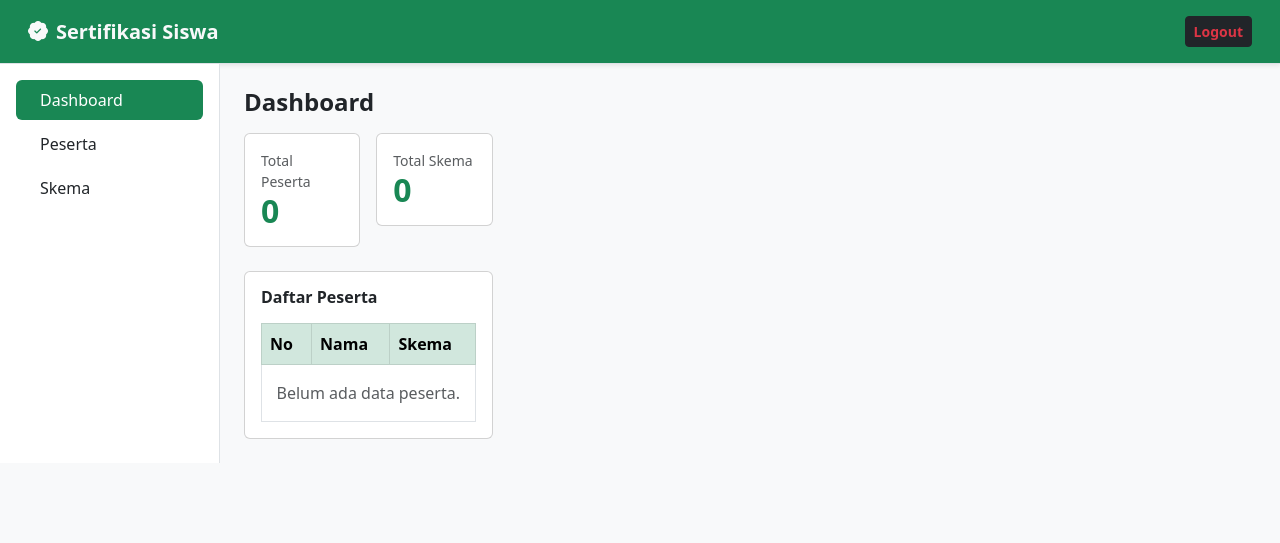
Repository: Zaki-Blip/USK_Project
Page: http://localhost/dashboard
These files come from the project's save history. The page is drawn as it stood at one moment and after the next save; the edit follows.
The browser window is 1280 px wide. The pictures show the whole page.
The page is served by the project's Laravel application, run on PHP 8.4 with Laravel 12. A made-up administrator, Test User (test@example.com), is signed in. Other server files are loaded and not shown. Queries for data that is not in the repository find no rows.

Above is the page before, as saved 2026-10-13 22:42:38.

### routes/web.php
<?php

use Illuminate\Support\Facades\Route;
use App\Http\Controllers\AuthController;
use App\Http\Controllers\DashboardController;
use App\Http\Controllers\PesertaController;
use App\Http\Controllers\SkemaController;

// Halaman Awal (publik)
Route::view('/', 'halamanAwal')->name('halamanAwal');

// Area Guest (belum login)
Route::middleware('guest')->group(function () {
    Route::get('/login', [AuthController::class, 'showLogin'])->name('login');
    Route::post('/login', [AuthController::class, 'login']);

    Route::get('/register', [AuthController::class, 'showRegister'])->name('register');
    Route::post('/register', [AuthController::class, 'register']);
});

// Area Terproteksi (sudah login)
Route::middleware('auth')->group(function () {
    Route::post('/logout', [AuthController::class, 'logout'])->name('logout');
    Route::get('/dashboard', [DashboardController::class, 'index'])->name('dashboard');

    // Khusus admin
    Route::middleware('role:admin')->group(function () {
        Route::resource('peserta', PesertaController::class)
            ->parameters(['peserta' => 'peserta'])
            ->only(['destroy']);

        Route::resource('skema', SkemaController::class);
    });

    // Admin & user (pembatasan data dilakukan di controller)
    Route::resource('peserta', PesertaController::class)
        ->parameters(['peserta' => 'peserta'])
        ->only(['index', 'show', 'create', 'store', 'edit', 'update']);
});

### app/Models/User.php
<?php

namespace App\Models;

// use Illuminate\Contracts\Auth\MustVerifyEmail;
use App\Models\Peserta;
//use Database\Factories\UserFactory;
use Illuminate\Database\Eloquent\Attributes\Fillable;
use Illuminate\Database\Eloquent\Attributes\Hidden;
use Illuminate\Database\Eloquent\Factories\HasFactory;
use Illuminate\Foundation\Auth\User as Authenticatable;
use Illuminate\Notifications\Notifiable;

#[Fillable(['name', 'email', 'password','role'])]
#[Hidden(['password', 'remember_token'])]
class User extends Authenticatable
{
    /** @use HasFactory<UserFactory> */
    use HasFactory, Notifiable;

    /**
     * Get the attributes that should be cast.
     *
     * @return array<string, string>
     */
    protected function casts(): array
    {
        return [
            'email_verified_at' => 'datetime',
            'password' => 'hashed',
        ];
    }
    public function isAdmin(): bool
{
    return $this->role === 'admin';
}
    public function peserta()
{
    return $this->hasOne(Peserta::class);
}
}

### app/Http/Controllers/DashboardController.php
<?php

namespace App\Http\Controllers;

use App\Models\Peserta;
use App\Models\Skema;
use Illuminate\Http\Request;

class DashboardController extends Controller
{
    public function index(Request $request)
    {
        $user = $request->user();

        if ($user->role === 'admin') {
            $totalPeserta = Peserta::count();
            $totalSkema   = Skema::count();
            $pesertas     = Peserta::with('skema')->orderBy('skema_id')->orderBy('nama')->get();

            return view('admin.dashboard', compact('totalPeserta', 'totalSkema', 'pesertas'));
        }

        $peserta = $user->peserta()->with('skema')->first();

        return view('user.dashboard', compact('peserta'));
    }
}

### app/Models/Peserta.php
<?php

namespace App\Models;

use Illuminate\Database\Eloquent\Model;

class Peserta extends Model
{
    protected $table = 'pesertas';

    protected $fillable = [
        'user_id','nik', 'nama', 'email', 'no_hp', 'alamat', 'skema_id', 'tanggal_daftar'
    ];

    public function skema()
    {
        return $this->belongsTo(Skema::class, 'skema_id');
    }
    public function user()
{
    return $this->belongsTo(User::class);
}

}

### app/Models/Skema.php
<?php

namespace App\Models;

use Illuminate\Database\Eloquent\Model;

class Skema extends Model
{
    protected $table = 'skemas'; // ← tambahkan

    protected $fillable = ['kode_skema', 'nama_skema', 'deskripsi'];

    public function pesertas()
    {
        return $this->hasMany(Peserta::class, 'skema_id');
    }
}

### resources/views/admin/dashboard.blade.php
@extends('layouts.app')
@section('title', 'Dashboard')
@section('content')

<h4 class="fw-bold mb-3">Dashboard</h4>

<div class="row g-3 mb-4">
    <div class="col-md-6">
        <div class="card p-3">
            <small class="text-muted">Total Peserta</small>
            <h2 class="text-success fw-bold mb-0">{{ $totalPeserta }}</h2>
        </div>
    </div>
    <div class="col-md-6">
        <div class="card p-3">
            <small class="text-muted">Total Skema</small>
            <h2 class="text-success fw-bold mb-0">{{ $totalSkema }}</h2>
        </div>
    </div>
</div>

<div class="card p-3">
    <h6 class="fw-bold mb-3">Daftar Peserta</h6>
    <table class="table table-bordered table-hover mb-0">
        <thead class="table-success">
            <tr>
                <th width="50">No</th>
                <th>Nama</th>
                <th>Skema</th>
            </tr>
        </thead>
        <tbody>
            @forelse($pesertas as $i => $p)
                <tr>
                    <td>{{ $i + 1 }}</td>
                    <td>{{ $p->nama }}</td>
                    <td>{{ $p->skema?->nama_skema ?? '-' }}</td>
                </tr>
            @empty
                <tr>
                    <td colspan="4" class="text-center text-muted py-3">Belum ada data peserta.</td>
                </tr>
            @endforelse
        </tbody>
    </table>
</div>

@endsection

### resources/views/layouts/app.blade.php
<!DOCTYPE html>
<html lang="id">
<head>
    <meta charset="UTF-8">
    <meta name="viewport" content="width=device-width, initial-scale=1">
    <title>@yield('title', 'Web Sertifikasi')</title>
    <link href="https://cdn.jsdelivr.net/npm/bootstrap@5.3.0/dist/css/bootstrap.min.css" rel="stylesheet">
    <link href="https://cdn.jsdelivr.net/npm/bootstrap-icons@1.11.0/font/bootstrap-icons.css" rel="stylesheet">
</head>
<body class="bg-light min-vh-100">

    {{-- Topbar --}}
    <div class="border-bottom bg-success p-3 shadow-sm">
        <div class="container-fluid d-flex justify-content-between align-items-center">
            <span class="fw-bold text-light fs-5">
                <i class="bi bi-patch-check-fill me-2"></i>Sertifikasi Siswa
            </span>
            <form method="POST" action="{{ route('logout') }}">
                @csrf
                <button class="btn btn-sm btn-dark fw-bold text-danger">Logout</button>
            </form>
        </div>
    </div>

    <div class="d-flex flex-column flex-md-row">

        {{-- Sidebar --}}
        <aside class="bg-white border-end p-3" style="min-width: 220px;">
            <nav class="nav nav-pills flex-column gap-1">

                <a href="{{ route('dashboard') }}"
                   class="nav-link {{ request()->routeIs('dashboard') ? 'active bg-success' : 'text-dark' }}">
                    <i class="bi me-2"></i>Dashboard
                </a>
                @if(auth()->user()->isAdmin())
                    <a href="{{ route('peserta.index') }}"
                    class="nav-link {{ request()->routeIs('peserta.*') ? 'active bg-success' : 'text-dark' }}">
                        <i class="bi me-2"></i>Peserta
                    </a>

                    <a href="{{ route('skema.index') }}"
                    class="nav-link {{ request()->routeIs('skema.*') ? 'active bg-success' : 'text-dark' }}">
                        <i class="bi me-2"></i>Skema
                    </a>
                @else
                    @if(auth()->user()->peserta)
                        <a href="{{ route('peserta.show', auth()->user()->peserta) }}"
                        class="nav-link {{ request()->routeIs('peserta.show') ? 'active bg-success' : 'text-dark' }}">
                            <i class="bi me-2"></i>Data Saya
                        </a>
                    @else
                        <a href="{{ route('peserta.create') }}"
                        class="nav-link {{ request()->routeIs('peserta.create') ? 'active bg-success' : 'text-dark' }}">
                            <i class="bi me-2"></i>Isi Biodata
                        </a>
                    @endif
                @endif

            </nav>
        </aside>

        {{-- Isi Content --}}
        <main class="flex-1 p-4" style="min-width: 0;">
            <div class="mx-auto" style="max-width: 1000px;">
                @if(session('sukses'))
                    <div class="alert alert-success">{{ session('sukses') }}</div>
                @endif
                @if(session('error'))
                    <div class="alert alert-danger">{{ session('error') }}</div>
                @endif
               @if($errors->any())
                    <div class="alert alert-danger">
                        <ul class="mb-0 ps-3">
                            @foreach($errors->all() as $pesan)
                                <li>{{ $pesan }}</li>
                            @endforeach
                        </ul>
                    </div>
                @endif
                @yield('content')
            </div>
        </main>
    </div>

    <script src="https://cdn.jsdelivr.net/npm/bootstrap@5.3.0/dist/js/bootstrap.bundle.min.js"></script>
</body>
</html>

Loaded but not shown: app/Http/Controllers/Controller.php (common file)

After the next save:
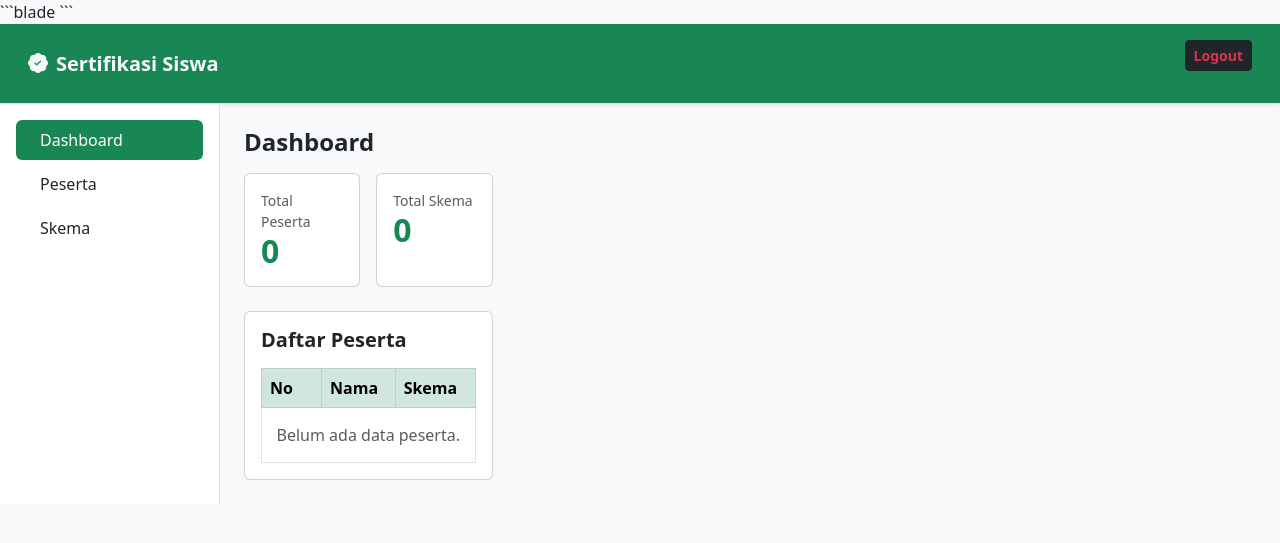
Saved 23 min 37 s later.
--- a/resources/views/admin/dashboard.blade.php
+++ b/resources/views/admin/dashboard.blade.php
@@ -1,48 +1,67 @@
+```blade
 @extends('layouts.app')
 @section('title', 'Dashboard')
 @section('content')
 
-<h4 class="fw-bold mb-3">Dashboard</h4>
+<div class="container-fluid px-0">
 
-<div class="row g-3 mb-4">
-    <div class="col-md-6">
-        <div class="card p-3">
-            <small class="text-muted">Total Peserta</small>
-            <h2 class="text-success fw-bold mb-0">{{ $totalPeserta }}</h2>
+    <h4 class="fw-bold mb-3">Dashboard</h4>
+
+    {{-- Statistik --}}
+    <div class="row g-3 mb-4">
+        <div class="col-12 col-md-6">
+            <div class="card p-3 h-100">
+                <small class="text-muted">Total Peserta</small>
+                <h2 class="text-success fw-bold mb-0">
+                    {{ $totalPeserta }}
+                </h2>
+            </div>
+        </div>
+
+        <div class="col-12 col-md-6">
+            <div class="card p-3 h-100">
+                <small class="text-muted">Total Skema</small>
+                <h2 class="text-success fw-bold mb-0">
+                    {{ $totalSkema }}
+                </h2>
+            </div>
         </div>
     </div>
-    <div class="col-md-6">
-        <div class="card p-3">
-            <small class="text-muted">Total Skema</small>
-            <h2 class="text-success fw-bold mb-0">{{ $totalSkema }}</h2>
+
+    {{-- Daftar Peserta --}}
+    <div class="card p-3">
+        <h5 class="fw-bold mb-3">Daftar Peserta</h5>
+
+        <div class="table-responsive">
+            <table class="table table-bordered table-hover align-middle mb-0">
+                <thead class="table-success">
+                    <tr>
+                        <th style="width: 60px;">No</th>
+                        <th>Nama</th>
+                        <th>Skema</th>
+                    </tr>
+                </thead>
+
+                <tbody>
+                    @forelse($pesertas as $i => $p)
+                        <tr>
+                            <td>{{ $i + 1 }}</td>
+                            <td>{{ $p->nama }}</td>
+                            <td>{{ $p->skema?->nama_skema ?? '-' }}</td>
+                        </tr>
+                    @empty
+                        <tr>
+                            <td colspan="3" class="text-center text-muted py-3">
+                                Belum ada data peserta.
+                            </td>
+                        </tr>
+                    @endforelse
+                </tbody>
+            </table>
         </div>
     </div>
-</div>
 
-<div class="card p-3">
-    <h6 class="fw-bold mb-3">Daftar Peserta</h6>
-    <table class="table table-bordered table-hover mb-0">
-        <thead class="table-success">
-            <tr>
-                <th width="50">No</th>
-                <th>Nama</th>
-                <th>Skema</th>
-            </tr>
-        </thead>
-        <tbody>
-            @forelse($pesertas as $i => $p)
-                <tr>
-                    <td>{{ $i + 1 }}</td>
-                    <td>{{ $p->nama }}</td>
-                    <td>{{ $p->skema?->nama_skema ?? '-' }}</td>
-                </tr>
-            @empty
-                <tr>
-                    <td colspan="4" class="text-center text-muted py-3">Belum ada data peserta.</td>
-                </tr>
-            @endforelse
-        </tbody>
-    </table>
 </div>
 
 @endsection
+```
